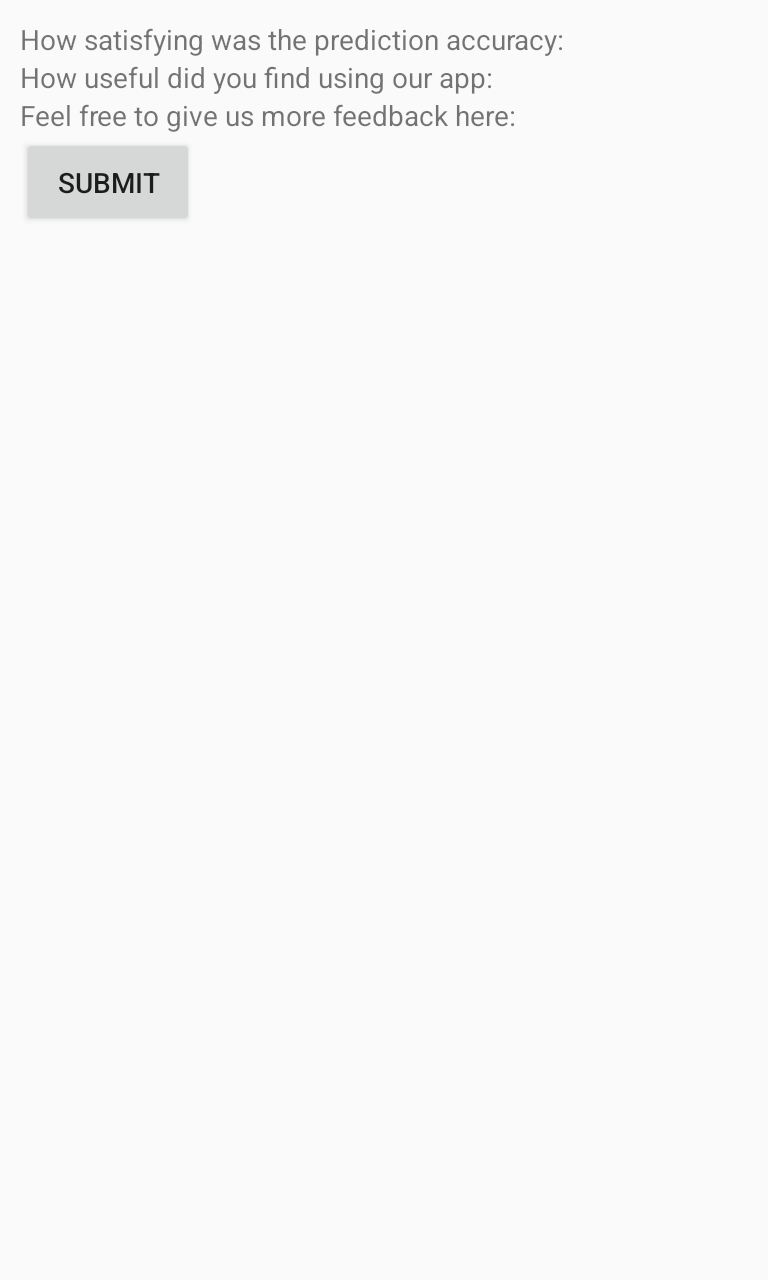
Repository: hessfr/contextRecognition
Layout: androidProjects/ContextRecognition/res/layout/activity_rating.xml
An editor plug-in stored every save of this project. The layout is shown before and after the next save, followed by the edit.
It is drawn on a 768 x 1280 px phone screen (xhdpi) without system bars, with theme AppTheme; the app's code is not run.

Above is the layout before, as saved 2014-05-30 07:22:13.

### androidProjects/ContextRecognition/res/layout/activity_rating.xml
<?xml version="1.0" encoding="utf-8"?>
<LinearLayout xmlns:android="http://schemas.android.com/apk/res/android"
    android:layout_width="match_parent"
    android:layout_height="match_parent"
    android:orientation="vertical"
    android:padding="10dp">

    <TextView android:layout_width="fill_parent"
        android:layout_height="wrap_content"
        android:text="@string/rating_accuracy_satisfaction"/>

    <TextView android:layout_width="fill_parent"
        android:layout_height="wrap_content"
        android:text="@string/rating_useful"/>

    <TextView android:layout_width="fill_parent"
        android:layout_height="wrap_content"
        android:text="@string/rating_free_text"/>

    <Button
        android:id="@+id/button1"
        android:layout_width="wrap_content"
        android:layout_height="wrap_content"
        android:text="@string/rating_submit_button" />

</LinearLayout>

### androidProjects/ContextRecognition/res/values/strings.xml
<?xml version="1.0" encoding="utf-8"?>
<resources>

    <string name="app_name">ContextRecognition</string>
    <string name="hello_world">Hello world!</string>
    <string name="action_settings">Settings</string>
    <string name="action_rating">Rate our app</string>
    <string name="action_help">Help</string>
    <string name="label_settings">Settings</string>
    <string name="label_rating">Rate our app</string>
    <string name="label_help">Help</string>

    <string name="button_change">Change</string>
    <string name="button_correct">Correct</string>

    <string name="rating_accuracy_satisfaction">How satisfying was the prediction accuracy:</string>
    <string name="rating_useful">How useful did you find using our app:</string>
    <string name="rating_free_text">Feel free to give us more feedback here:</string>
    <string name="rating_submit_button">Submit</string>



    <string name="test">Test123</string>
    <string name="test_office">Office</string>


</resources>

Loaded but not shown: androidProjects/ContextRecognition/res/values/styles.xml (common file); androidProjects/ContextRecognition/res/values-v11/styles.xml (common file); androidProjects/ContextRecognition/res/values-v14/styles.xml (common file)

After the next save:
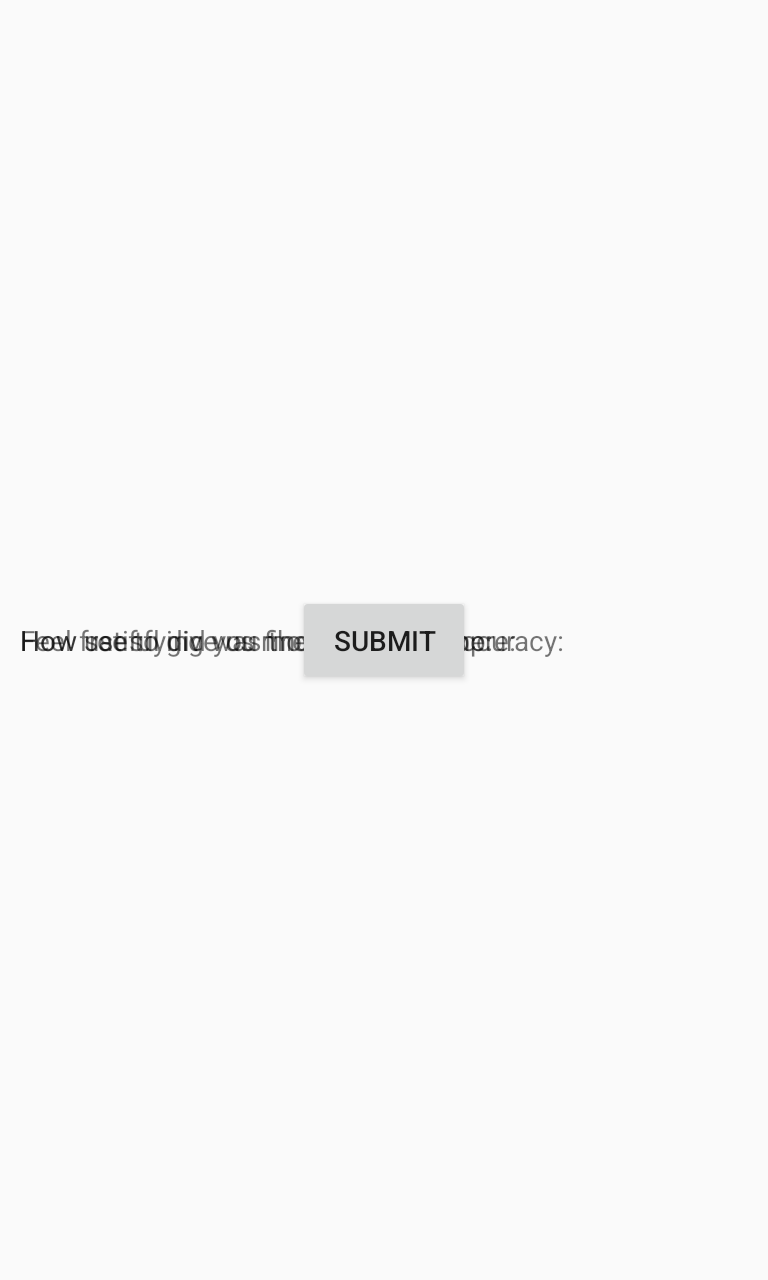
Saved 108 s later.
--- a/androidProjects/ContextRecognition/res/layout/activity_rating.xml
+++ b/androidProjects/ContextRecognition/res/layout/activity_rating.xml
@@ -5,22 +5,32 @@
     android:orientation="vertical"
     android:padding="10dp">
 
-    <TextView android:layout_width="fill_parent"
-        android:layout_height="wrap_content"
-        android:text="@string/rating_accuracy_satisfaction"/>
+    <RelativeLayout
+        android:layout_width="match_parent"
+        android:layout_height="match_parent" >
 
-    <TextView android:layout_width="fill_parent"
-        android:layout_height="wrap_content"
-        android:text="@string/rating_useful"/>
+	    <TextView android:layout_width="fill_parent"
+	        android:layout_height="wrap_content"
+	        android:layout_centerInParent="true"
+	        android:text="@string/rating_accuracy_satisfaction"/>
 
-    <TextView android:layout_width="fill_parent"
-        android:layout_height="wrap_content"
-        android:text="@string/rating_free_text"/>
+	    <TextView android:layout_width="fill_parent"
+	        android:layout_height="wrap_content"
+	        android:layout_centerInParent="true"
+	        android:text="@string/rating_useful"/>
 
-    <Button
-        android:id="@+id/button1"
-        android:layout_width="wrap_content"
-        android:layout_height="wrap_content"
-        android:text="@string/rating_submit_button" />
+	    <TextView android:layout_width="fill_parent"
+	        android:layout_height="wrap_content"
+	        android:layout_centerInParent="true"
+	        android:text="@string/rating_free_text"/>
+
+	    <Button
+	        android:id="@+id/button1"
+	        android:layout_width="wrap_content"
+	        android:layout_height="wrap_content"
+	        android:layout_centerInParent="true"
+	        android:text="@string/rating_submit_button" />
+
+    </RelativeLayout>
 
 </LinearLayout>
